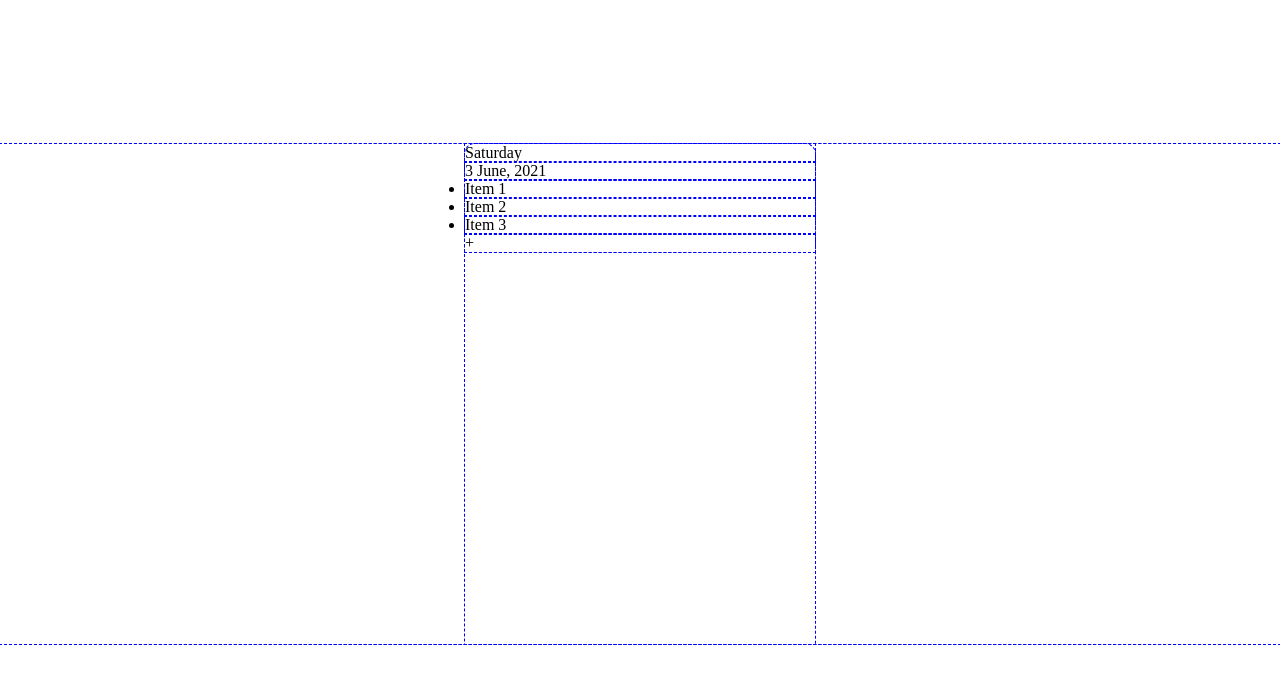
Repository: Colo-Codes/mini-projects
Page: todo-app/index.html
An editor plug-in stored every save of this project. The page is shown before and after the next save, followed by the edit.
The browser window is 1280 px wide. The pictures show the whole page.

Above is the page before, as saved 2021-07-04 11:02:27.

After the next save:
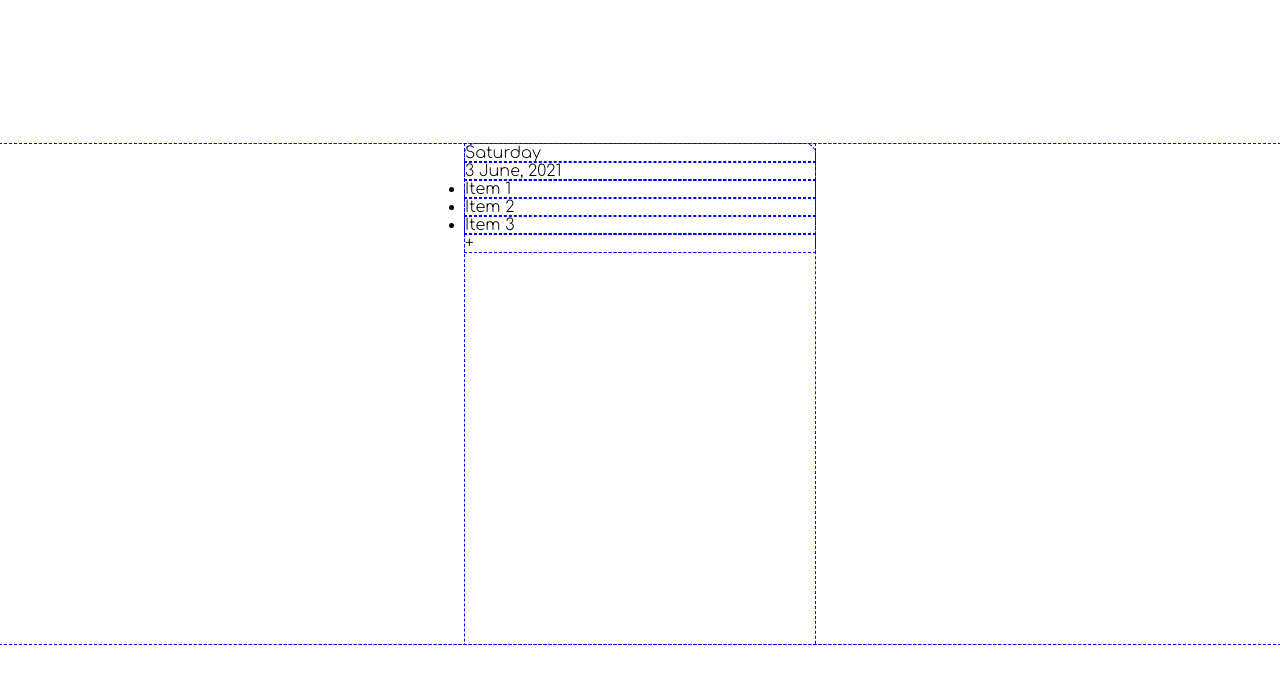
Saved 10 s later.
--- a/todo-app/css/index.css
+++ b/todo-app/css/index.css
@@ -16,6 +16,9 @@ html {
     outline: 1px dashed blue; /* Debugging purposes */
 }
 
+body {
+    font-family: 'Comfortaa', cursive;
+}
 .todo {
     margin: auto;
     margin-top: 20vh;
